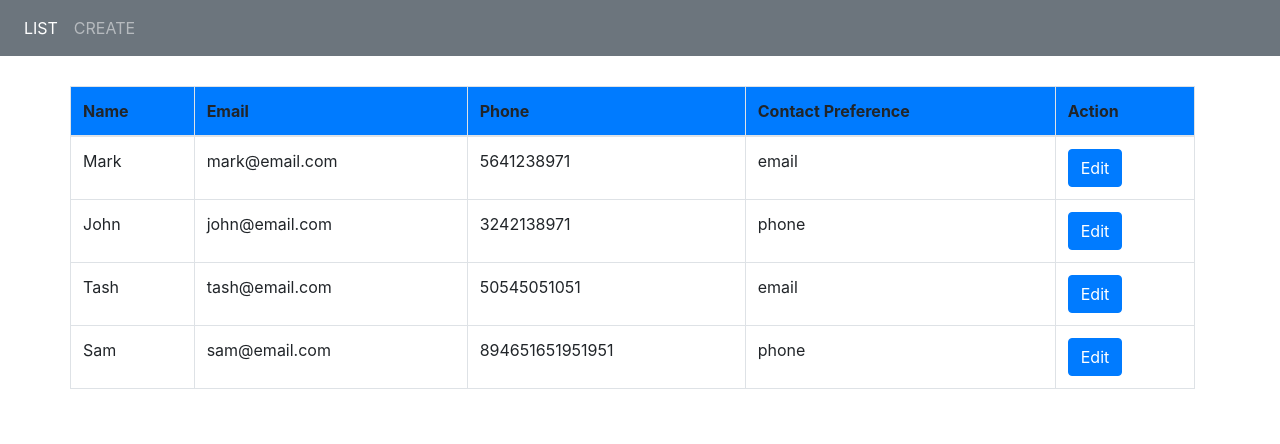
Repository: hanumanthnbalu/NG_FORMS
Page: /
These files come from the project's save history. The page is drawn as it stood at one moment and after the next save; the edit follows.
The browser window is 1280 px wide. The pictures show the whole page.
Some web libraries are served in a nearby version. The project was rebuilt for these pictures with package versions that can differ from the ones it lists, and the page was loaded fresh each time. Requests to the local data server were answered from the project's data file. Also part of the build but not shown: angular.json, src/app/not-found/not-found.component.ts, src/app/forms/create-employee/create-employeecomponent.ts.

Above is the page before, as saved 2019-09-25 22:10:46.

After the next save:
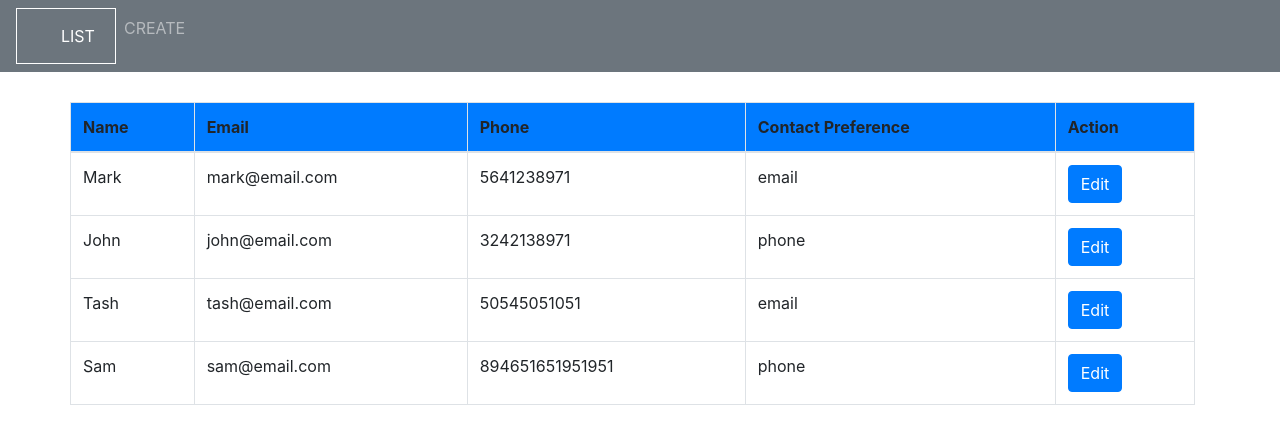
Saved 2 min 51 s later.
--- a/src/app/header/header.component.scss
+++ b/src/app/header/header.component.scss
@@ -1,11 +1,6 @@
-// ul.navbar-nav.mr-auto.list-unstyled {
-// 	display: flex;
-// 	flex-direction: column;
-// 	height: 100vh;
-// 	justify-content: center;
-// 	background: #b4abab;
-// 	padding: 20px;
-// }
-// ul.navbar-nav.mr-auto.list-unstyled {
-// 	position: fixed;
-// }
+a.nav-link.active {
+	width: 100px;
+	text-align: center;
+	border: 1px solid white;
+	padding: 15px 44px;
+}
